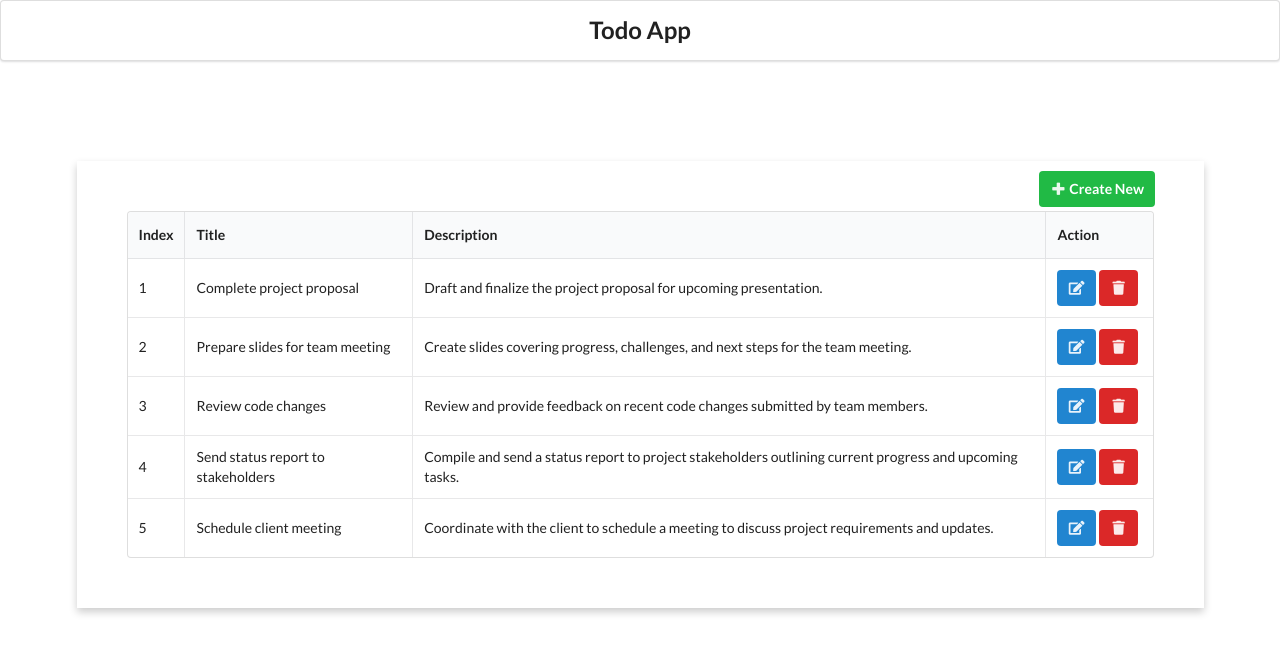
Repository: Wahid137/todo-app
Page: /
These files come from the project's save history. The page is drawn as it stood at one moment and after the next save; the edit follows.
The browser window is 1280 px wide. The pictures show the whole page.
The project was rebuilt for these pictures with package versions that can differ from the ones it lists, and the page was loaded fresh each time. Also part of the build but not shown: src/App.css, src/index.css.

Above is the page before, as saved 2024-05-03 14:39:15.

### src/index.js
import React from 'react';
import ReactDOM from 'react-dom/client';
import 'semantic-ui-css/semantic.min.css';
import App from './App';
import './index.css';
import reportWebVitals from './reportWebVitals';

const root = ReactDOM.createRoot(document.getElementById('root'));
root.render(
  <React.StrictMode>
    <App />
  </React.StrictMode>
);

// If you want to start measuring performance in your app, pass a function
// to log results (for example: reportWebVitals(console.log))
// or send to an analytics endpoint. Learn more: https://bit.ly/CRA-vitals
reportWebVitals();

### src/App.js
import './App.css';
import TodoListPage from './components/TodoListPage';

function App() {
  return (
    <TodoListPage />
  );
}

export default App;

### src/components/TodoListPage.js
import { joiResolver } from "@hookform/resolvers/joi";
import Joi from "joi";
import React, { useState } from 'react';
import { useForm } from 'react-hook-form';
import { Button, Container, Icon, Message, Segment, Table } from 'semantic-ui-react';
import initialTodos from "../data/todos.json";
import AddTodoModal from './AddTodoModal';
import ConfirmationModal from './ConfirmationModal';
import EditTodoModal from './EditTodoModal';


const schema = Joi.object({
    title: Joi.string().min(2).max(30).required().label("Title"),
    description: Joi.string().min(2).max(500).required().label("Description"),
});

const TodoListPage = () => {
    const [todos, setTodos] = useState(initialTodos);
    const [deleteId, setDeleteId] = useState(null);
    const [openDeleteModal, setOpenDeleteModal] = useState(false);
    const [openAddModal, setOpenAddModal] = useState(false);
    const [showMessage, setShowMessage] = useState(false);
    const [message, setMessage] = useState('');
    const [todoToDelete, setTodoToDelete] = useState(null);
    const [editTodo, setEditTodo] = useState(null);
    const [openEditModal, setOpenEditModal] = useState(false);


    const {
        register,
        handleSubmit,
        reset,
        formState: { errors },
    } = useForm({ resolver: joiResolver(schema) });


    const handleDelete = (id, title) => {
        setDeleteId(id);
        setTodoToDelete(title);
        setOpenDeleteModal(true);
    };

    const handleConfirmDelete = () => {
        setTodos(todos.filter(todo => todo.id !== deleteId));
        setOpenDeleteModal(false);
        setShowMessage(true);
        setMessage('Todo deleted successfully.');
    };

    const handleCloseDeleteModal = () => {
        setOpenDeleteModal(false);
    };

    const handleCloseAddModal = () => {
        setOpenAddModal(false);
    };

    const handleCloseEditModal = () => {
        setOpenEditModal(false);
    };

    const handleDismissMessage = () => {
        setShowMessage(false);
    };

    const handleCreateNew = () => {
        setOpenAddModal(true);
    };

    const handleCreateTodo = (data) => {
        const newId = todos.length > 0 ? todos[todos.length - 1].id + 1 : 1;
        const newTodo = {
            id: newId,
            title: data.title,
            description: data.description
        };
        setTodos([...todos, newTodo]);
        setOpenAddModal(false);
        setShowMessage(true);
        setMessage('Todo added successfully.');
        reset();
    };

    const handleEdit = (todo) => {
        setEditTodo(todo);
        setOpenEditModal(true);
    };

    const handleEditSubmit = (data) => {
        const updatedTodos = todos.map(todo =>
            todo.id === editTodo.id ? { ...todo, title: data.title, description: data.description } : todo
        );
        setTodos(updatedTodos);
        setOpenEditModal(false);
        setShowMessage(true);
        setMessage('Todo edited successfully.');
    };

    return (
        <div>
            <Segment style={{ marginTop: '20px', margin: 'auto' }}>
                <h2 style={{ textAlign: 'center' }}>Todo App</h2>
            </Segment>
            <Container style={{ boxShadow: '0 4px 8px 0 rgba(0, 0, 0, 0.2)', padding: '50px', marginTop: '100px', position: 'relative' }}>
                <Button icon color='green' onClick={handleCreateNew} style={{ position: 'absolute', right: '45px', top: '10px', zIndex: '1' }}>
                    <Icon name='add' /> Create New
                </Button>
                {showMessage &&
                    <Message
                        success
                        onDismiss={handleDismissMessage}
                        header='Success!'
                        content={message}
                        style={{ position: 'absolute', top: '-70px', left: 0, right: 0, margin: 'auto', width: '100%', marginBottom: '20px' }}
                    />
                }
                <div>
                    {todos.length === 0 ? (
                        <Message
                            info
                            header='No Todos'
                            content='There are no todos to display.'
                        />
                    ) : (
                        <Table celled>
                            <Table.Header>
                                <Table.Row>
                                    <Table.HeaderCell>Index</Table.HeaderCell>
                                    <Table.HeaderCell>Title</Table.HeaderCell>
                                    <Table.HeaderCell>Description</Table.HeaderCell>
                                    <Table.HeaderCell>Action</Table.HeaderCell>
                                </Table.Row>
                            </Table.Header>

                            <Table.Body>
                                {todos.map((todo, index) => (
                                    <Table.Row key={todo.id}>
                                        <Table.Cell>{index + 1}</Table.Cell>
                                        <Table.Cell>{todo.title}</Table.Cell>
                                        <Table.Cell>{todo.description}</Table.Cell>
                                        <Table.Cell>
                                            <div style={{ display: 'flex', justifyContent: 'space-between' }}>
                                                <Button icon color='blue' onClick={() => handleEdit(todo)}>
                                                    <Icon name='edit' />
                                                </Button>
                                                <Button icon color='red' onClick={() => handleDelete(todo.id, todo.title)}>
                                                    <Icon name='trash' />
                                                </Button>
                                            </div>
                                        </Table.Cell>
                                    </Table.Row>
                                ))}
                            </Table.Body>
                        </Table>
                    )}
                </div>
            </Container>

            <ConfirmationModal
                open={openDeleteModal}
                onClose={handleCloseDeleteModal}
                onConfirm={handleConfirmDelete}
                todoTitle={todoToDelete}
            />

            <AddTodoModal
                open={openAddModal}
                onClose={handleCloseAddModal}
                onSubmit={handleCreateTodo}
                register={register}
                handleSubmit={handleSubmit}
                errors={errors}
            />

            <EditTodoModal
                open={openEditModal}
                onClose={handleCloseEditModal}
                onSubmit={handleEditSubmit}
                todo={editTodo}
            />
        </div>
    );
};

export default TodoListPage;

### src/data/todos.json
[
  {
    "id": 1,
    "title": "Complete project proposal",
    "description": "Draft and finalize the project proposal for upcoming presentation."
  },
  {
    "id": 2,
    "title": "Prepare slides for team meeting",
    "description": "Create slides covering progress, challenges, and next steps for the team meeting."
  },
  {
    "id": 3,
    "title": "Review code changes",
    "description": "Review and provide feedback on recent code changes submitted by team members."
  },
  {
    "id": 4,
    "title": "Send status report to stakeholders",
    "description": "Compile and send a status report to project stakeholders outlining current progress and upcoming tasks."
  },
  {
    "id": 5,
    "title": "Schedule client meeting",
    "description": "Coordinate with the client to schedule a meeting to discuss project requirements and updates."
  }
]

### src/components/AddTodoModal.js
import React from 'react';
import { Button, Form, FormField, Modal } from 'semantic-ui-react';





const AddTodoModal = ({ open, onClose, onSubmit, handleSubmit, register, errors }) => {


    return (
        <Modal open={open} onClose={onClose} size='tiny'>
            <Modal.Header>Add New Todo</Modal.Header>
            <Modal.Content>
                <Form onSubmit={handleSubmit(onSubmit)}>

                    <FormField>
                        <label htmlFor="title">Title</label>
                        <input {...register("title")} type="text" />
                        {errors.title && (
                            <div className="ui pointing red basic label">
                                {errors.title.message}
                            </div>
                        )}
                    </FormField>

                    <FormField>
                        <label htmlFor="description">Description</label>
                        <textarea {...register("description")} />
                        {errors.description && (
                            <div className="ui pointing red basic label">
                                {errors.description.message}
                            </div>
                        )}
                    </FormField>


                    <Button type="submit" color="blue">
                        Submit
                    </Button>
                </Form>
            </Modal.Content>
            <Modal.Actions>
                <Button color='red' onClick={onClose}>Cancel</Button>

            </Modal.Actions>
        </Modal >
    );
};

export default AddTodoModal;

### src/components/ConfirmationModal.jsx
import React from "react";
import { Button, Modal } from "semantic-ui-react";

const ConfirmationModal = ({ open, onClose, onConfirm, todoTitle }) => {
  return (
    <Modal size="tiny" open={open} onClose={onClose}>
      <Modal.Header>Confirm Deletion</Modal.Header>
      <Modal.Content>
        <p>
          Are you sure you want to delete the todo "<strong>{todoTitle}</strong>
          "?
        </p>
      </Modal.Content>
      <Modal.Actions>
        <Button negative onClick={onClose}>
          Cancel
        </Button>
        <Button positive onClick={onConfirm}>
          Confirm
        </Button>
      </Modal.Actions>
    </Modal>
  );
};

export default ConfirmationModal;

### src/components/EditTodoModal.js
import { joiResolver } from "@hookform/resolvers/joi";
import Joi from 'joi';
import React, { useEffect } from 'react';
import { useForm } from "react-hook-form";
import { Button, Form, FormField, Modal } from 'semantic-ui-react';

const schema = Joi.object({
    title: Joi.string().min(2).max(30).required().label("Title"),
    description: Joi.string().min(2).max(500).required().label("Description"),
});

const EditTodoModal = ({ open, onClose, onSubmit, todo }) => {
    const { register, handleSubmit, setValue, formState: { errors } } = useForm({
        resolver: joiResolver(schema)
    });

    useEffect(() => {

        if (todo) {
            setValue('title', todo.title);
            setValue('description', todo.description);
        }
    }, [todo, setValue]);

    const handleReset = () => {
        setValue('title', '');
        setValue('description', '');
    };

    return (
        <Modal open={open} onClose={() => { onClose(); handleReset(); }} size='tiny'>
            <Modal.Header>Edit Todo</Modal.Header>
            <Modal.Content>
                <Form onSubmit={handleSubmit(onSubmit)}>
                    <FormField>
                        <label htmlFor="title">Title</label>
                        <input {...register("title")} type="text" />
                        {errors.title && (
                            <div className="ui pointing red basic label">
                                {errors.title.message}
                            </div>
                        )}
                    </FormField>
                    <FormField>
                        <label htmlFor="description">Description</label>
                        <textarea {...register("description")} />
                        {errors.description && (
                            <div className="ui pointing red basic label">
                                {errors.description.message}
                            </div>
                        )}
                    </FormField>
                    <Button type="submit" color="blue">
                        Submit
                    </Button>
                </Form>
            </Modal.Content>
            <Modal.Actions>
                <Button color='red' onClick={() => { onClose(); handleReset(); }}>Cancel</Button>
            </Modal.Actions>
        </Modal>
    );
};

export default EditTodoModal;

Loaded but not shown: public/index.html (common file); src/reportWebVitals.js (common file)

After the next save:
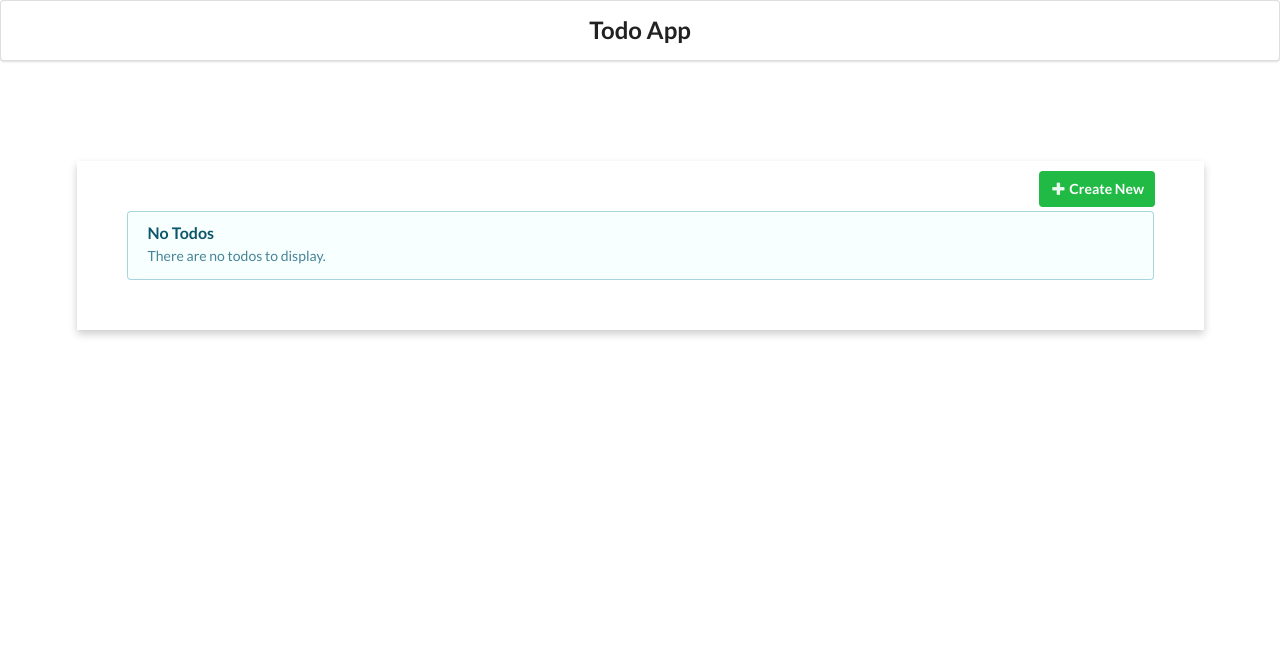
Saved 3 min 59 s later.
--- a/src/components/TodoListPage.js
+++ b/src/components/TodoListPage.js
@@ -1,13 +1,11 @@
 import { joiResolver } from "@hookform/resolvers/joi";
 import Joi from "joi";
-import React, { useState } from 'react';
+import React, { useEffect, useState } from 'react';
 import { useForm } from 'react-hook-form';
 import { Button, Container, Icon, Message, Segment, Table } from 'semantic-ui-react';
-import initialTodos from "../data/todos.json";
 import AddTodoModal from './AddTodoModal';
 import ConfirmationModal from './ConfirmationModal';
 import EditTodoModal from './EditTodoModal';
-
 
 const schema = Joi.object({
     title: Joi.string().min(2).max(30).required().label("Title"),
@@ -15,7 +13,8 @@
 });
 
 const TodoListPage = () => {
-    const [todos, setTodos] = useState(initialTodos);
+    const [initialTodos, setInitialTodos] = useState([]);
+    const [todos, setTodos] = useState([]);
     const [deleteId, setDeleteId] = useState(null);
     const [openDeleteModal, setOpenDeleteModal] = useState(false);
     const [openAddModal, setOpenAddModal] = useState(false);
@@ -25,6 +24,15 @@
     const [editTodo, setEditTodo] = useState(null);
     const [openEditModal, setOpenEditModal] = useState(false);
 
+    useEffect(() => {
+        setInitialTodos(initialTodos);
+        const storedTodos = localStorage.getItem('todos');
+        setTodos(storedTodos ? JSON.parse(storedTodos) : initialTodos);
+    }, []);
+
+    useEffect(() => {
+        localStorage.setItem('todos', JSON.stringify(todos));
+    }, [todos]);
 
     const {
         register,
@@ -32,7 +40,6 @@
         reset,
         formState: { errors },
     } = useForm({ resolver: joiResolver(schema) });
-
 
     const handleDelete = (id, title) => {
         setDeleteId(id);
@@ -68,7 +75,7 @@
     };
 
     const handleCreateTodo = (data) => {
-        const newId = todos.length > 0 ? todos[todos.length - 1].id + 1 : 1;
+        const newId = todos.length + 1;
         const newTodo = {
             id: newId,
             title: data.title,

After the 3 saves that followed:
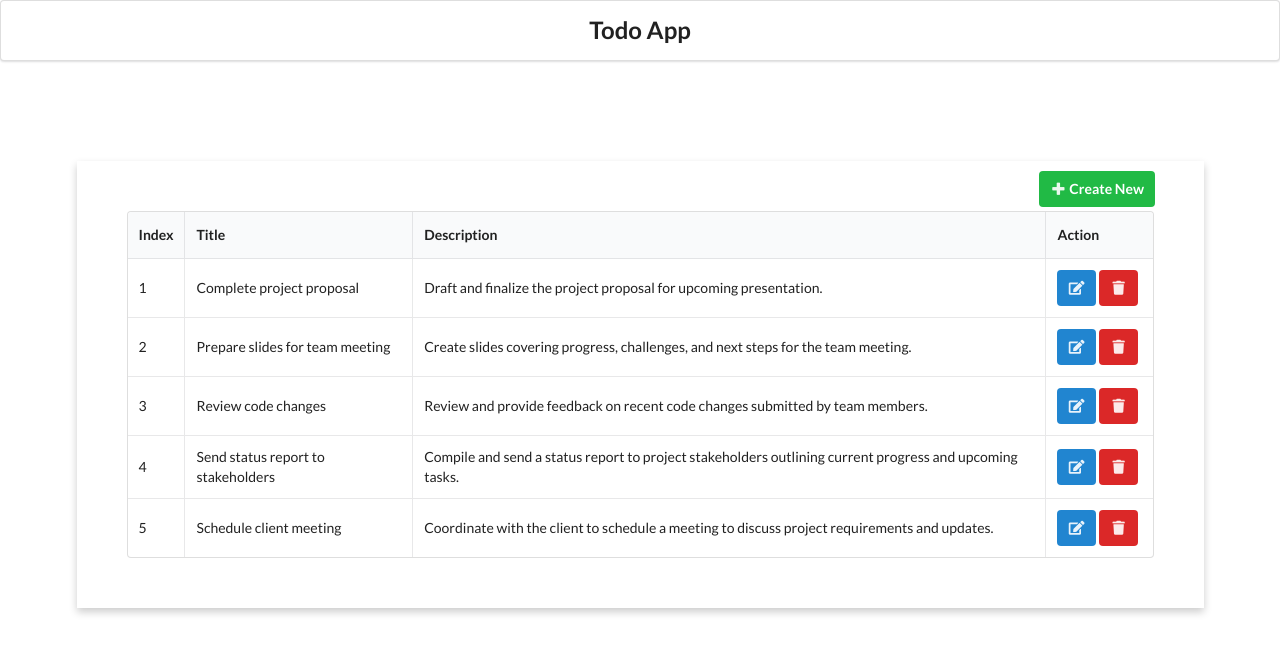
The 3 saves are shown as one change because 2 left the picture as it was.
The last was saved 6 min 11 s later.
--- a/src/components/TodoListPage.js
+++ b/src/components/TodoListPage.js
@@ -1,11 +1,13 @@
 import { joiResolver } from "@hookform/resolvers/joi";
 import Joi from "joi";
-import React, { useEffect, useState } from 'react';
+import React, { useState } from 'react';
 import { useForm } from 'react-hook-form';
 import { Button, Container, Icon, Message, Segment, Table } from 'semantic-ui-react';
+import initialTodos from "../data/todos.json";
 import AddTodoModal from './AddTodoModal';
 import ConfirmationModal from './ConfirmationModal';
 import EditTodoModal from './EditTodoModal';
+
 
 const schema = Joi.object({
     title: Joi.string().min(2).max(30).required().label("Title"),
@@ -13,8 +15,7 @@
 });
 
 const TodoListPage = () => {
-    const [initialTodos, setInitialTodos] = useState([]);
-    const [todos, setTodos] = useState([]);
+    const [todos, setTodos] = useState(initialTodos);
     const [deleteId, setDeleteId] = useState(null);
     const [openDeleteModal, setOpenDeleteModal] = useState(false);
     const [openAddModal, setOpenAddModal] = useState(false);
@@ -24,15 +25,6 @@
     const [editTodo, setEditTodo] = useState(null);
     const [openEditModal, setOpenEditModal] = useState(false);
 
-    useEffect(() => {
-        setInitialTodos(initialTodos);
-        const storedTodos = localStorage.getItem('todos');
-        setTodos(storedTodos ? JSON.parse(storedTodos) : initialTodos);
-    }, []);
-
-    useEffect(() => {
-        localStorage.setItem('todos', JSON.stringify(todos));
-    }, [todos]);
 
     const {
         register,
@@ -40,6 +32,7 @@
         reset,
         formState: { errors },
     } = useForm({ resolver: joiResolver(schema) });
+
 
     const handleDelete = (id, title) => {
         setDeleteId(id);
@@ -75,7 +68,7 @@
     };
 
     const handleCreateTodo = (data) => {
-        const newId = todos.length + 1;
+        const newId = todos.length > 0 ? todos[todos.length - 1].id + 1 : 1;
         const newTodo = {
             id: newId,
             title: data.title,
